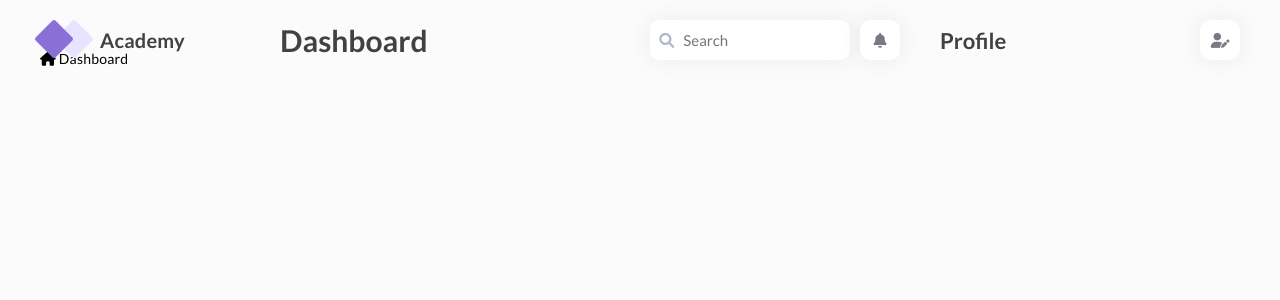
Repository: mohammadfakhrolahi/Academy
Page: index.html
An editor plug-in stored every save of this project. The page is shown before and after a run of saves, followed by the edit.
The browser window is 1280 px wide. The pictures show the whole page.
The style sheet was rebuilt from its Sass, Less or Tailwind sources for each picture, by a compiler version that may differ from the author's.

Above is the page before, as saved 2022-05-29 16:50:07.

### index.html
<!DOCTYPE html>
<html lang="en">
<head>
  <meta charset="UTF-8">
  <meta http-equiv="X-UA-Compatible" content="IE=edge">
  <meta name="viewport" content="width=device-width, initial-scale=1.0">
  <!-- Font Awesome Icons -->
  <link rel="stylesheet" href="https://cdnjs.cloudflare.com/ajax/libs/font-awesome/6.0.0/css/all.min.css"
      integrity="sha512-9usAa10IRO0HhonpyAIVpjrylPvoDwiPUiKdWk5t3PyolY1cOd4DSE0Ga+ri4AuTroPR5aQvXU9xC6qOPnzFeg=="
      crossorigin="anonymous" referrerpolicy="no-referrer"/>
  <link rel="stylesheet" href="./public/styles/main.css">
  <title>Study Web Dashboard</title>
</head>
<body>
  <header class="grid">
    <a href="/index.html8" class="logo">
      <span>Academy</span>
    </a>

    <div id="header-first-divider" class="grid">
      <h1 class="h1">Dashboard</h1>

      <form class="txt-form">
        <button class="btn-form"><i class="fa-solid fa-magnifying-glass"></i></button>
        <input type="text" class="txt-input" placeholder="Search">
      </form>

      <button class="btn-s">
        <i class="fa-solid fa-bell"></i>
      </button>
    </div>

    <div id="header-profile-divider" class="grid">
      <h2 class="h2">Profile</h2>

      <button class="btn-s">
        <i class="fa-solid fa-user-pen"></i>
      </button>
    </div>
  </header>

  <main>
    <section class="section-shared">
      <nav class="main-nav">
        <ul class="nav">
          <li class="nav-item">
            <i class="fa-solid fa-house"></i> Dashboard
          </li>
        </ul>
      </nav>
    </section>
  </main>
</body>
</html>

### public/styles/main.scss
@import '../globalStyling/layout';

body {
  background: $primary-bg;
}

main {
  padding: 0 4rem;
}

.grid {
  display: grid;
}

### public/globalStyling/_layout.scss
@import './reset';
@import './colors';
@import './typography';
@import './buttons';
@import './utils';
@import '../styles/header.scss';

### public/globalStyling/_reset.scss
// Import font
@import url('https://fonts.googleapis.com/css2?family=Lato:ital,wght@0,100;0,300;0,400;0,700;0,900;1,100;1,300;1,400;1,700;1,900&display=swap');

body {
  font-family: Lato;
}

p,
span,
li {
  font-size: 1.4rem;
  letter-spacing: 0.02rem;
}

// Reset CSS

html {
  font-size: 62.5%;
  scroll-behavior: smooth;
}

*,
*::before,
*::after {
  padding: 0;
  margin: 0;
  box-sizing: border-box;
  -webkit-box-sizing: border-box;
}

body,
h1,
h2,
h3,
ul,
li,
div,
nav,
p,
img,
span,
input {
  font-weight: normal;
}

p, span {
  line-height: 1.5;
}

input {
  all: unset;
  font-size: 1.5rem;
}

a {
  text-decoration: none;
}

ul,
li {
  list-style: none;
}

img {
  max-width: 100%;
  height: auto;
}

button {
  box-sizing: border-box;
  -webkit-box-sizing: border-box;
  all: unset;
  cursor: pointer;
}

### public/globalStyling/_colors.scss
$primary-bg: #fbfbfb;
$purple: #8a70d6;
$purple-light: #e9e3ff;
$white: #ffffff;
$text-color: #424040;
$gray: #787a83;
$gray-light: #b5b8c8;
$box-shadow: 0 0 2rem 0.5rem rgba(0, 0, 0, 0.04);

### public/globalStyling/_typography.scss
.h1 {
  font-size: 3rem;
  font-weight: 600;
  color: $text-color;
}

.h2 {
  font-size: 2.2rem;
  font-weight: 600;
  color: $text-color;
}

.h3 {
  font-size: 1.8rem;
  font-weight: 500;
  color: $text-color;
}

### public/globalStyling/_buttons.scss
// Form Button
.btn-form {
  width: 4rem;
  height: 4rem;
  background: inherit;
  color: $gray-light;
  border-radius: 1rem;
  text-align: center;
  font-size: 1.5rem;
  transition: 0.2s;

  &:hover {
    color: $gray;
  }
}

.btn-s {
  width: 4rem;
  height: 4rem;
  background: $white;
  color: $gray;
  border-radius: 1rem;
  text-align: center;
  font-size: 1.5rem;
  box-shadow: $box-shadow;
  transition: 0.2s;
}

### public/globalStyling/_utils.scss
// ---- Text input ----
.txt-form {
  width: 20rem;
  height: 4rem;
  background: $white;
  border-radius: 1rem;
  box-shadow: $box-shadow;

  display: flex;
  .txt-input {
    width: 100%;
    background: inherit;
    border-radius: inherit;
    &:placeholder {
      color: $gray-light;
    }
  }
}

### public/styles/header.scss
// ---- Header ----
header {
  height: 5rem;
  grid-template-columns: 20rem 1fr 30rem;
  align-items: center;
  grid-gap: 4rem;
  padding: 2rem 4rem;
}

.logo {
  position: relative;

  &:before {
    content: "";
    width: 2.8rem;
    height: 2.8rem;
    position: absolute;
    top: 0;
    left: 0;
    transform: rotate(45deg);
    border-radius: 0.2rem;
    background: $purple;
    background-size: 800% 800%;
    z-index: 100;
  }

  &:after {
    content: "";
    width: 2.8rem;
    height: 2.8rem;
    position: absolute;
    top: 0;
    left: 2rem;
    transform: rotate(45deg);
    border-radius: 0.2rem;
    background: $purple-light;
    background-size: 800% 800%;
    z-index: 99;
  }

  span {
    color: $text-color;
    margin-left: 6rem;
    font: {
      size: 2rem;
      weight: 600;
    }
  }
}

#header-first-divider {
  grid-template-columns: 1fr auto 4rem;
  grid-gap: 1rem;
  align-items: center;
}

#header-profile-divider {
  grid-template-columns: 1fr 4rem;
  align-items: center;
}

After the next 2 saves:
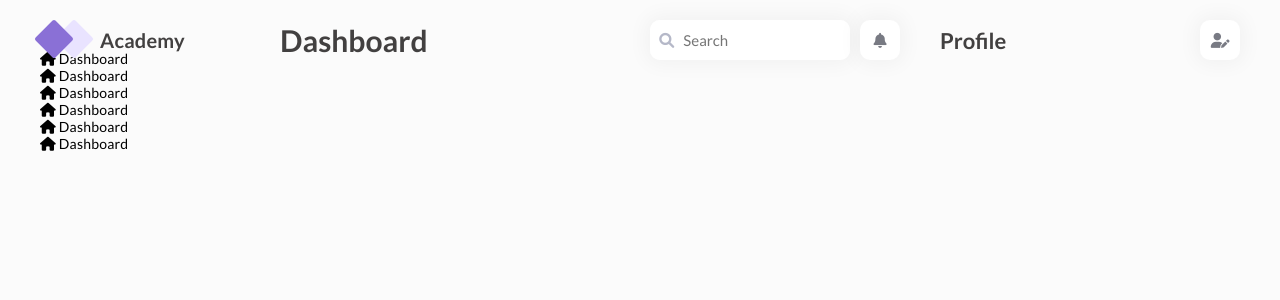
The 2 saves are shown as one change because they came seconds apart.
The last was saved 18 s later.
--- a/index.html
+++ b/index.html
@@ -46,6 +46,22 @@
           <li class="nav-item">
             <i class="fa-solid fa-house"></i> Dashboard
           </li>
+
+          <li class="nav-item">
+            <i class="fa-solid fa-house"></i> Dashboard
+          </li>
+          <li class="nav-item">
+            <i class="fa-solid fa-house"></i> Dashboard
+          </li>
+          <li class="nav-item">
+            <i class="fa-solid fa-house"></i> Dashboard
+          </li>
+          <li class="nav-item">
+            <i class="fa-solid fa-house"></i> Dashboard
+          </li>
+          <li class="nav-item">
+            <i class="fa-solid fa-house"></i> Dashboard
+          </li>
         </ul>
       </nav>
     </section>

After the 2 saves that followed:
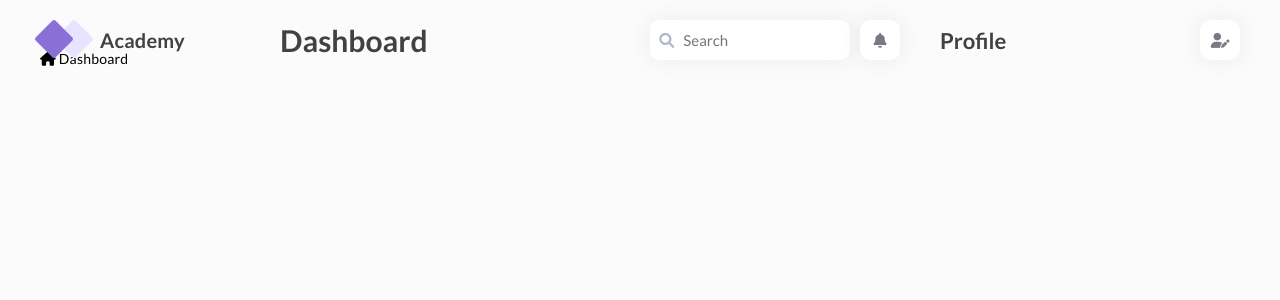
The 2 saves are shown as one change because 1 left the picture as it was.
The last was saved 26 s later.
--- a/index.html
+++ b/index.html
@@ -46,22 +46,6 @@
           <li class="nav-item">
             <i class="fa-solid fa-house"></i> Dashboard
           </li>
-
-          <li class="nav-item">
-            <i class="fa-solid fa-house"></i> Dashboard
-          </li>
-          <li class="nav-item">
-            <i class="fa-solid fa-house"></i> Dashboard
-          </li>
-          <li class="nav-item">
-            <i class="fa-solid fa-house"></i> Dashboard
-          </li>
-          <li class="nav-item">
-            <i class="fa-solid fa-house"></i> Dashboard
-          </li>
-          <li class="nav-item">
-            <i class="fa-solid fa-house"></i> Dashboard
-          </li>
         </ul>
       </nav>
     </section>
